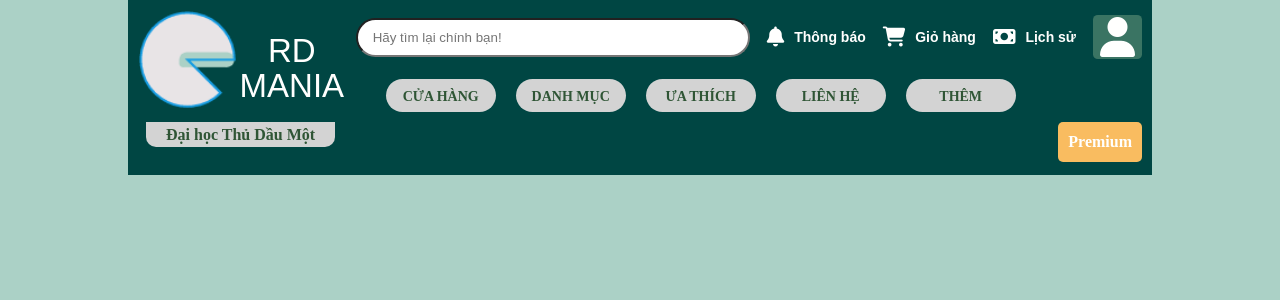
Repository: BinhTeach/rdmania
Page: Html/main.html
The author's editor kept a copy of each file at every save. The page is drawn from the files as they stood at one save, then again after the next save.
The browser window is 1280 px wide. The pictures show the whole page.
Some web fonts or font styles are not loaded; a fallback is used. Some web libraries are served in a nearby version.

Above is the page before, as saved 2024-03-01 00:24:11.

### Html/main.html
<!DOCTYPE html>
<html lang="en">
<head>
    <meta charset="UTF-8">
    <meta name="viewport" content="width=device-width, initial-scale=1.0">
    <title>RDMania Store</title>
    <link rel="stylesheet" href="../Css/styles.css">
    <script src="https://kit.fontawesome.com/45c2fe20a1.js" crossorigin="anonymous"></script>
    <link rel="shortcut icon" type="image/png" href="../Image/logo.png">
    <script src="../Script/main.js"></script>
    <link href="https://fonts.cdnfonts.com/css/algeria" rel="stylesheet">
</head>
<body>
     <div id="header">
          <div class="header--container">
               <img onclick="appearMenu()" src="../Image/logo.png" alt="">
               <div class="header__title--logo">RD MANIA</div>
               <nav>
                    <ul class="header__nav header__nav--up">
                         <li>
                              <input class="header__nav--find" type="text" placeholder="Hãy tìm lại chính bạn!">
                         </li>
                         <li class="header__nav--icon"><i class="fa-solid fa-bell"></i></li>
                         <li class="header__nav--titleSymbol">Thông báo</li>
                         <li class="header__nav--icon"><i class="fa-solid fa-cart-shopping"></i></i></li>
                         <li class="header__nav--titleSymbol">Giỏ hàng</li>
                         <li class="header__nav--icon " name="history-bill"><i class="fa-solid fa-money-bill"></i></li>
                         <li class="header__nav--titleSymbol">Lịch sử</li>
                         <li class="header__nav--icon fa-user--up" name='user'><i class="fa-solid fa-user"></i></li>
                    </ul>
                    <ul class="header__nav--center">
                         <li class="header__nav--menu"><a href="">Cửa hàng</a></li>
                         <li class="header__nav--menu"><a href="">Danh mục</a>
                              <div id="sideBar__hidden">
                                   <details class="sideBar__Menu">
                                        <summary>Thắt lưng Rider</summary>
                                        <ul class="sideBar__dropList">
                                             <li class="siedeBar__dropList--sub"><a href="">Dx</a></li>
                                             <li class="siedeBar__dropList--sub"><a href="">Csm</a></li>
                                        </ul>
                                   </details>
                         `    </div>
                         </li>
                         <li class="header__nav--menu"><a href="">Ưa thích</a></li>
                         <li class="header__nav--menu"><a href="">Liên hệ</a></li>
                         <li class="header__nav--menu"><a href="">Thêm</a></li>
                    </ul>
               </nav>
          </div>
          <ul class="header__nav--down">
               <li class="header__nav--address">Đại học Thủ Dầu Một</li>
               <li class="header__nav--premium">Premium</li>
          </ul>
     </div>
</body>
<script>
     var bl = false;
     window.addEventListener('load', function(){
          if(innerWidth < 768 && bl === false){
               appearMenu();
               bl = true;
          }
          window.addEventListener('resize', function(){
               if(innerWidth < 768 && bl === false){
               appearMenu();
               bl = true;
          }
          })

     })
     function appearMenu() {
  var parentElement = document.getElementsByClassName('header--container')[0];
  var newDiv = document.createElement('div');
  parentElement.appendChild(newDiv);
  newDiv.classList.add('iconMenu');
  newDiv.innerHTML = '&#9776;';
  newDiv.id = "newMenu";
  newDiv.addEventListener('click', clickMenu);
  document.documentElement.style.setProperty('--set-Width', window.innerWidth + 'px');
     var element = document.getElementsByClassName('header__nav--icon')[0];
     }
function clickMenu() {
  let clickMenu = document.getElementsByClassName('header__nav--icon');
  for(let element of clickMenu){
     element.style.display = 'block';
  }
  let noneMenu = document.getElementsByClassName('iconMenu')[0];
  noneMenu.style.display ='none';
  let userUp = document.getElementsByClassName('header__nav--icon')[3];
  userUp.classList.add('fa-user--up');
}
function sideBar_appear(){

}

</script>
</html>

### Css/styles.css
*{
    margin:0px;
    padding: 0px;
}
@import url('https://fonts.cdnfonts.com/css/algeria');
ul{
    list-style: none;
}
@media screen and (max-width: 767.89px) {
    .header--container img{
        margin-left:-5px;
    }
    .header__title--logo{
        position: absolute;
        top:25px;
        left:110px;
    }
    nav ul li{
        display:none;
    }

    .header__nav--icon{
        margin-top: 70px;
    }
    #header{
        margin-top:10px;
        height: 130px;
        display:flex;
        flex-direction: column;
        align-items: start;
    }
    .header__nav--up{
        height: 100px;
        width: 100%;
        display: none;
    }
    .header__nav--down{
        position:absolute;
        flex-direction: start;
        top: 160px;
        align-items: center;
    }
    .header__nav--down li{
        margin-left: 15px;
        margin-top: -7px;
    }
    .header__nav--down li:nth-child(2){
        margin-left: 50px;
    }
    .header__nav--up{
        position: fixed;
        left:110px;
        top:5px;
    }
    .fa-user--up{
        position:fixed;
        top: -50px;
        right: 5px;
        font-size: 100px;
    }
    .header__nav--premium{
        position: fixed;
        right:0;
        top:130px;
    }
    .header__nav--address{
        border-radius:10px;
        position: absolute;
        top:-10px;
        left: 20px;
        white-space:nowrap;
    }
}
.iconMenu{
    font-size: 30px;
    color:white;
    display: flex;
    padding-top: 5px;
    align-items: center;
    cursor:pointer;
    position: absolute;
    left: 300px;
    top: 58px;
}
@media screen and (min-width: 768px) and (max-width:1023.98px) {
    #header{
        max-width: 100vw;
    }
    .header--container img{
        margin-left:10px;
        margin-top:30px;
        position: relative;
        left:0;
        top:15px;
    }
    .header__title--logo{
        margin-top: 10px;
        white-space: wrap;
        text-wrap: wrap;
        flex:0.5;
    }
    nav{
        justify-content: end;
        margin-top:20px;
        flex:2;
    }
    .fa-user--up{
        position: fixed;
        margin-right: 5px;
        font-size: 100px;
        right:0;
    }
    .header__nav--premium{
        margin-top: 0px;
    }
    .header__nav--address{
        margin-top:10px;
        border-top-right-radius:10px;
    }
    nav ul.header__nav--up li input,.header__nav--menu:nth-child(3), .header__nav--menu:nth-child(5){
        display:none;
    }
    .header__nav--icon, .header__nav--menu{
        margin-left: 20px;
    }
    .iconMenu{
        display: none;
    }
}
@media screen and (min-width: 1024px) {
    .iconMenu{
        display: none;
    }
}
body{
    background-color: #ABD1C6;
    color: #fffffe;
}

#header{
    position:fixed;
    top:0;
    left: 0;
    right: 0;
    margin: 0 auto;
    width: 1024px;
    background-color: #004643;
    height: 175px;
}
.header--container{
    display: flex;
}
.header--container img{
    border-radius: 100%;
    margin-left: 10px;
    margin-top: 10px;
    width: 100px;
    height: 100px;
}
nav{
    display:flex;
    flex-direction: column;
}
.header__title--logo{
    font-family: 'Algeria', sans-serif;
    align-self: center;
    font-size: 33px;
    text-align: center;
    padding-top: 15px;
    line-height: 1.05;
}
.header__nav{
    display:flex;
    flex-direction: row;
    padding: 5px;
    align-items: center;
}
.header__nav--up{
    padding-top:10px;
}
.header__nav>li{
    padding:5px;
    text-wrap:nowrap;
}
.header__nav li:nth-child(even){
    padding-left: 12px;
}
.header__nav--find{
    border-radius: 30px;
    flex: 1;
    width: 390px;
    height: 35px;
}
.header__nav--find::placeholder{
    padding-left: 15px;
    font-family: Arial, Helvetica, sans-serif;
}
.header__nav--icon{
    font-size:20px;
    cursor:pointer;
}
.header__nav--titleSymbol{
    font-family: Arial, Helvetica, sans-serif;
    font-size: 14px;
    cursor:pointer;
    font-weight: 700;
}
.fa-user{
    font-size: 40px;
    background-color: #3a7463;
    padding: 2px 7px;
    border-radius: 10%;
}
.header__nav--center{
    display:flex;
}

.header__nav--menu:nth-child(1){
    margin-left: 40px;
}
.header__nav--menu a{
    text-decoration: none;
    text-transform: uppercase;
    font-size: 14px;
    font-weight: 600;
    color: #2f5535;
    display: flex;
    align-items: center;
    justify-content: center;
    position: relative;
}

.header__nav--down{
    display:flex;
    justify-content: space-between;
}
.header__nav--address{
    padding: 0 20px;
    border-bottom-left-radius: 10px;
    border-bottom-right-radius: 10px;
    background-color: #D3D3D3;
    color:#2f5535;
    height: 25px;
    display: flex;
    align-items: center;
    font-weight: 600;
    margin-left: 18px;
}
.header__nav--premium{
    height:40px;
    background-color: #F9BC60;
    color: #fffffe;
    font-weight: 600;
    margin-right:10px;
    padding:0 10px;
    display:flex;
    align-items: center;
    justify-content: center;
    border-radius: 5px;
    cursor:cell;
}
.header__nav--menu{
    padding: 0 15px;
    padding-top: 10px;
    border-radius: 30px;
    background-color:#D3D3D3;
    width: 80px;
    height: 23px;
    text-align:center;
    margin:10px;
    position: relative;
}
#sideBar__appear{
    display:block;
}
#sideBar__hidden{
    display:none;
    position: absolute;
}
.sideBar__Menu{

}
.sideBar__dropList{

}
.siedeBar__dropList--sub{

}

### Script/main.js
var S = 'xin chào bạn';
S.slice(4);
console.log(S.charAt(2, 5));

After the next save:
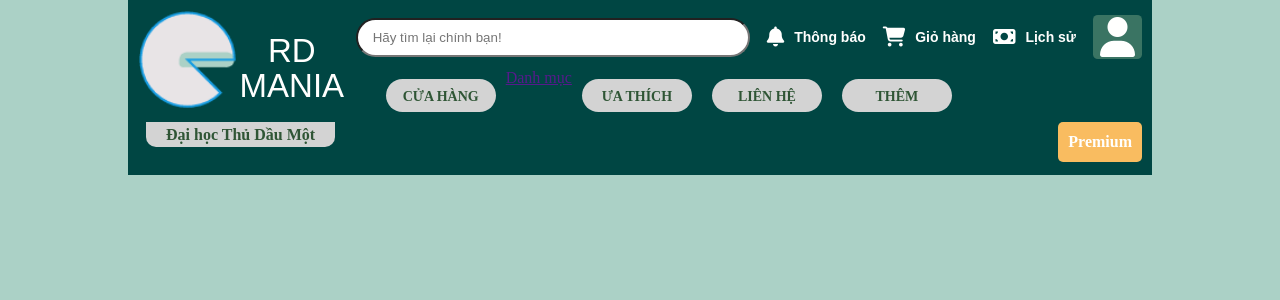
Saved 13 s later.
--- a/Html/main.html
+++ b/Html/main.html
@@ -30,7 +30,7 @@
                     </ul>
                     <ul class="header__nav--center">
                          <li class="header__nav--menu"><a href="">Cửa hàng</a></li>
-                         <li class="header__nav--menu"><a href="">Danh mục</a>
+                         <li onClickclass="header__nav--menu"><a href="">Danh mục</a>
                               <div id="sideBar__hidden">
                                    <details class="sideBar__Menu">
                                         <summary>Thắt lưng Rider</summary>

After the 5 saves that followed:
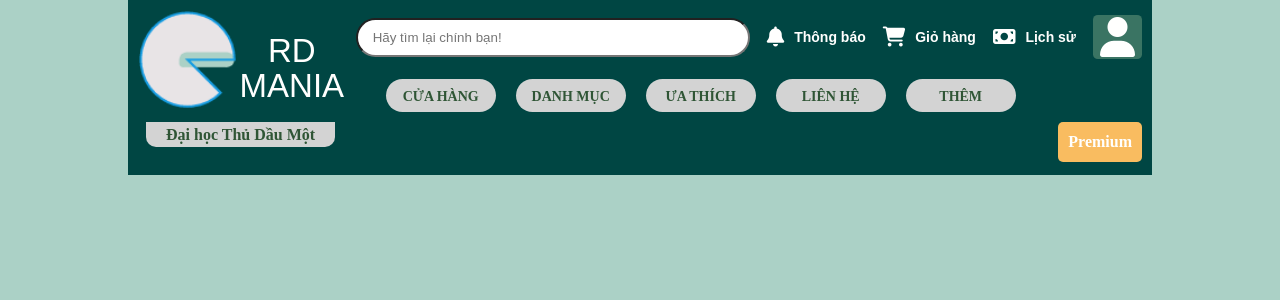
The 5 saves are shown as one change because 1 left the picture as it was and some came seconds apart.
The last was saved 16 s later.
--- a/Html/main.html
+++ b/Html/main.html
@@ -30,7 +30,7 @@
                     </ul>
                     <ul class="header__nav--center">
                          <li class="header__nav--menu"><a href="">Cửa hàng</a></li>
-                         <li onClickclass="header__nav--menu"><a href="">Danh mục</a>
+                         <li onClick='si' class="header__nav--menu"><a href="">Danh mục</a>
                               <div id="sideBar__hidden">
                                    <details class="sideBar__Menu">
                                         <summary>Thắt lưng Rider</summary>
